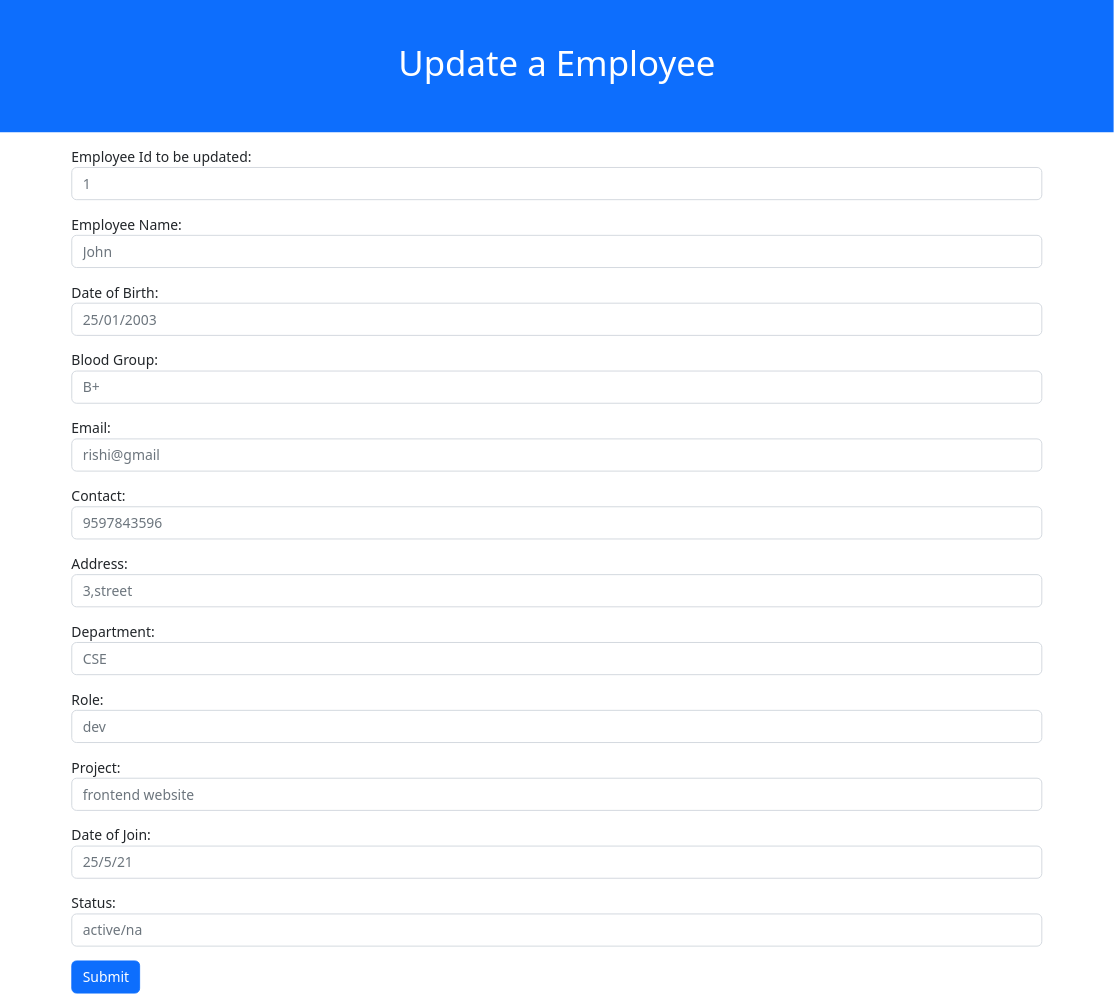
Repository: Rishicollinz/Java_Fullstack
Page: Eclipse 2/jspproject/src/main/webapp/update/update.html
These files come from the project's save history. The page is drawn as it stood at one moment and after the next save; the edit follows.
The browser window is 1280 px wide. The pictures show the whole page, at 87% of full size.

Above is the page before, as saved 2023-05-19 04:12:51.

After the next save:
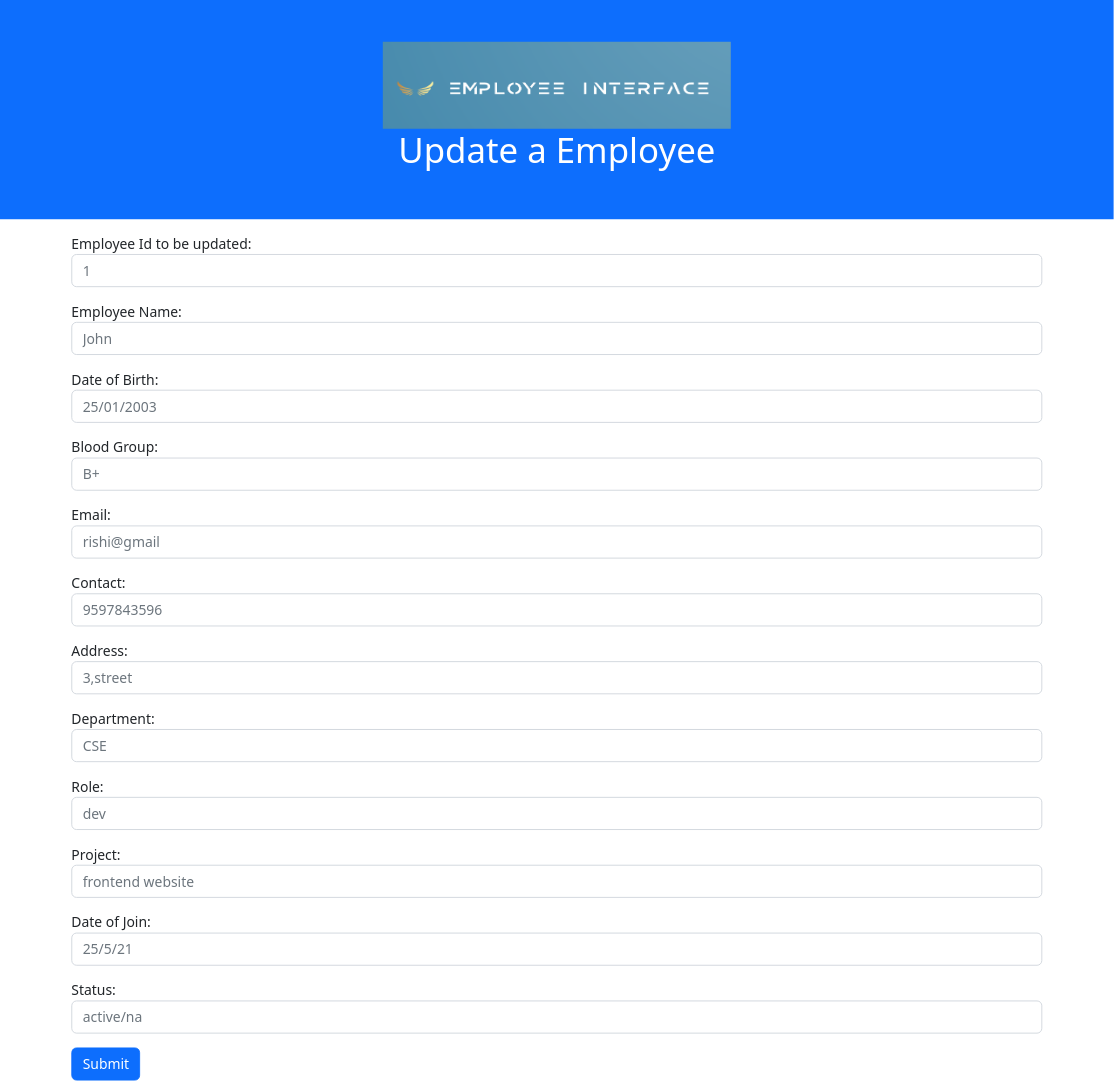
Saved 76 s later.
--- a/Eclipse 2/jspproject/src/main/webapp/update/update.html
+++ b/Eclipse 2/jspproject/src/main/webapp/update/update.html
@@ -11,6 +11,7 @@
 <body>
 
 <div class="container-fluid p-5 bg-primary text-white text-center">
+<a href="../index.html"><img src="../img\employeelogo.png" alt="Company logo" width="400" height="100"></a>
   <h1>Update a Employee</h1>
 </div>
 
